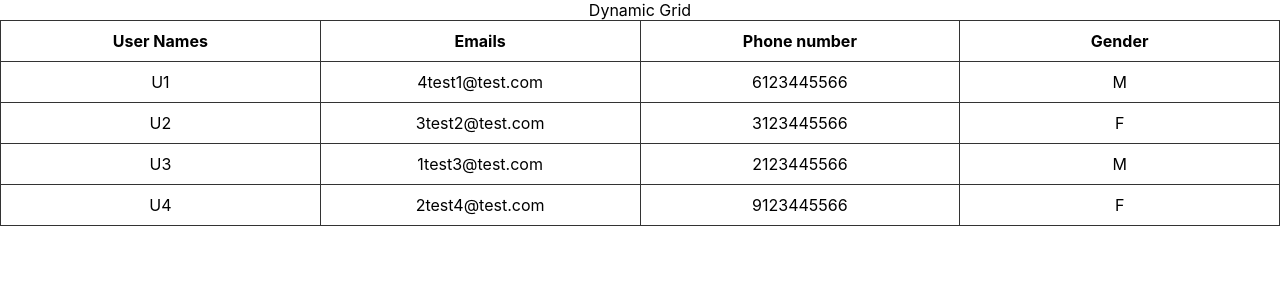
Repository: mayank-tavisca/dynamic-grids
Page: /
An editor plug-in stored every save of this project. The page is shown before and after a run of saves, followed by the edit.
The browser window is 1280 px wide. The pictures show the whole page.
The project was rebuilt for these pictures with package versions that can differ from the ones it lists, and the page was loaded fresh each time.

Above is the page before, as saved 2020-02-04 11:40:50.

### src/App.tsx
import React from "react";
import logo from "./logo.svg";
import "./App.css";
import DynamicGrid from "./dynamic-grid/dynamicGrid";

const Data = {
  headers: [
    { label: "User Names", value: "username" },
    { label: "Emails", value: "email" },
    { label: "Phone number", value: "number" },
    { label: "Gender", value: "gender" }
  ],
  tableData: [
    {
      username: "U1",
      email: "4test1@test.com",
      number: 6123445566,
      gender: "M"
    },
    {
      username: "U2",
      email: "3test2@test.com",
      number: 3123445566,
      gender: "F"
    },
    {
      username: "U3",
      email: "1test3@test.com",
      number: 2123445566,
      gender: "M"
    },
    {
      username: "U4",
      email: "2test4@test.com",
      number: 9123445566,
      gender: "F"
    }
  ],
  styles: {},
  pagination: {},
  sorting: {}
};

const App = () => {
  return (
    <div className="App">
      <DynamicGrid data={Data} />
    </div>
  );
};

export default App;

### src/dynamic-grid/dynamicGrid.tsx
import React, { FC, useEffect, useState } from "react";
import Style from "./dynamicGrid.module.scss";
import { sortDataBy } from "../shared/utils";

interface IProps {
  data: any;
}

enum PaginationLocation {
  TOP,
  BOTTOM
}

interface IPagination {
  showPagination: boolean;
  defaultRowsCount: number;
  activePane: number;
  position: PaginationLocation;
}

interface ITableConfig {
  rows: number;
  cols: number;
  headerData: any;
  data: any;
  pagination: IPagination;
}

const DynamicGrid: React.FC<IProps> = ({ data }) => {
  const [tableConfig, setTableConfig]: any = useState({
    rows: 0,
    cols: 0,
    defaultRowCount: 5,
    pagination: false
  });

  const [tableData, setTableData]: any = useState([]);
  const [headers, setHeaders] = useState([]);
  //   let tableConfig: ITableConfig = ;

  useEffect(() => {
    parseData();
  }, []);

  const parseData = () => {
    tableConfig.rows = data.tableData.length;
    tableConfig.cols = Object.keys(data.tableData).length;

    setHeaders(data.headers);
    setTableData(data.tableData);
    setTableConfig(tableConfig);
  };

  const renderHeader = () => {
    return (
      <div className={Style.tableRow}>
        {headers.map((item: any) => {
          return (
            <span
              onClick={() => {
                sortTable(item.value);
              }}
              className={`${Style.tableCell} ${Style.tableHeader}`}
            >
              {item.label}
            </span>
          );
        })}
      </div>
    );
  };

  const renderRow = (data: any) => {
    return Object.keys(data).map(key => {
      return <span className={`${Style.tableCell}`}>{data[key]}</span>;
    });
  };

  const renderData = () => {
    return tableData.map((item: any) => {
      return <div className={Style.tableRow}>{renderRow(item)}</div>;
    });
  };

  const sortTable = (sortCriteria: string) => {
    let temp = tableData.map(e => Object.assign({}, e));

    temp = sortDataBy(temp, sortCriteria);
    console.log("after sort", temp);
    setTableData(temp);
  };

  return (
    <div>
      Dynamic Grid
      {/* <table className={Style.table}>
        <thead>{renderHeader()}</thead>
        {renderData()}
      </table> */}
      <div className={Style.table}>
        {renderHeader()}
        {renderData()}
      </div>
    </div>
  );
};

export default DynamicGrid;

### src/dynamic-grid/dynamicGrid.module.scss
.table {
  display: flex;
  flex-direction: column;
  border: 1px solid #333;

  .tableRow {
    display: flex;
    flex-direction: row;
    border-bottom: 1px solid #333;

    .tableCell {
      border-right: 1px solid #333;
      flex: 1 0 0;
      padding: 10px 24px;
    }

    .tableCell:last-child {
      border-right: none;
    }

    .tableHeader {
      font-weight: bold;
    }
  }
  .tableRow:last-child {
    border-bottom: none;
  }
}

### src/shared/utils.ts
export const sortDataBy = (data: any[], sortCriteria: string) => {
    data = data.sort((a: any, b: any) => {
        if (a[sortCriteria] < b[sortCriteria]) {
            return -1;
        } else if (a[sortCriteria] > b[sortCriteria]) {
            return 1;
        } else {
            return 0;
        }
    });
    return data;
}

Loaded but not shown: public/index.html (common file); src/index.tsx (common file); src/index.css (common file); src/serviceWorker.ts (common file); src/App.css (common file)

After the next 2 saves:
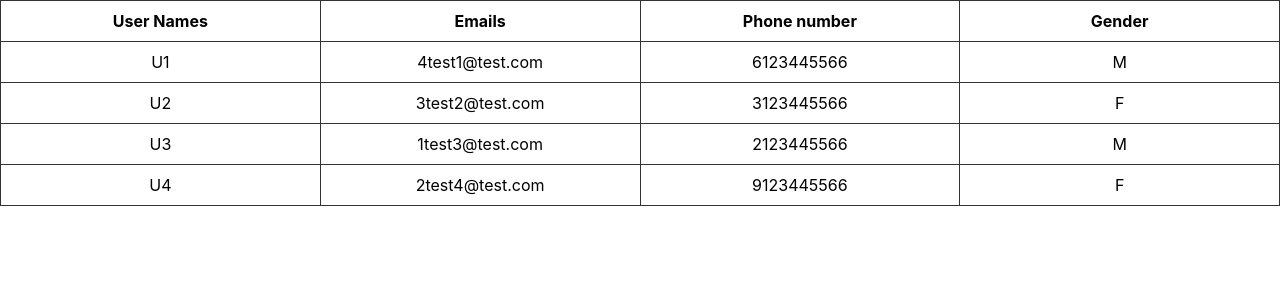
The 2 saves are shown as one change because 1 did not build or start.
The last was saved 4 min 31 s later.
--- a/src/dynamic-grid/dynamicGrid.tsx
+++ b/src/dynamic-grid/dynamicGrid.tsx
@@ -1,6 +1,6 @@
 import React, { FC, useEffect, useState } from "react";
 import Style from "./dynamicGrid.module.scss";
-import { sortDataBy } from "../shared/utils";
+import { sortDataByAscending } from "../shared/utils";
 
 interface IProps {
   data: any;
@@ -83,20 +83,20 @@ const DynamicGrid: React.FC<IProps> = ({ data }) => {
   };
 
   const sortTable = (sortCriteria: string) => {
+    // if(currentSortCriteria=== sortCriteria) {
+
+    // } else {
+
+    // }
     let temp = tableData.map(e => Object.assign({}, e));
 
-    temp = sortDataBy(temp, sortCriteria);
+    temp = sortDataByAscending(temp, sortCriteria);
     console.log("after sort", temp);
     setTableData(temp);
   };
 
   return (
     <div>
-      Dynamic Grid
-      {/* <table className={Style.table}>
-        <thead>{renderHeader()}</thead>
-        {renderData()}
-      </table> */}
       <div className={Style.table}>
         {renderHeader()}
         {renderData()}
--- a/src/shared/utils.ts
+++ b/src/shared/utils.ts
@@ -1,4 +1,4 @@
-export const sortDataBy = (data: any[], sortCriteria: string) => {
+export const sortDataByAscending = (data: any[], sortCriteria: string) => {
     data = data.sort((a: any, b: any) => {
         if (a[sortCriteria] < b[sortCriteria]) {
             return -1;
@@ -10,3 +10,16 @@ export const sortDataBy = (data: any[], sortCriteria: string) => {
     });
     return data;
 }
+
+export const sortDataByDescending = (data: any[], sortCriteria: string) => {
+    data = data.sort((a: any, b: any) => {
+        if (a[sortCriteria] < b[sortCriteria]) {
+            return 1;
+        } else if (a[sortCriteria] > b[sortCriteria]) {
+            return -1;
+        } else {
+            return 0;
+        }
+    });
+    return data;
+}
